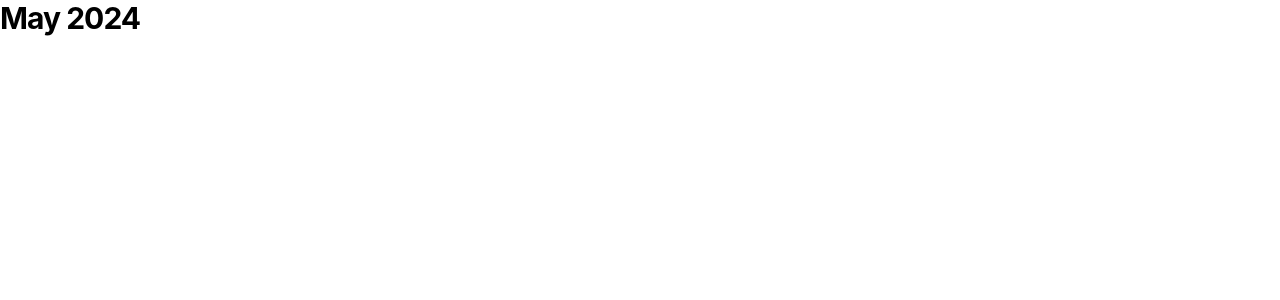
Repository: dung-phan/tweek-copy
Page: /
An editor plug-in stored every save of this project. The page is shown before and after the next save, followed by the edit.
The browser window is 1280 px wide. The pictures show the whole page.
The project was rebuilt for these pictures with package versions that can differ from the ones it lists, and the page was loaded fresh each time. Also part of the build but not shown: vite.config.ts.

Above is the page before, as saved 2024-05-26 22:26:20.

### src/assets/main.css
@import './base.css';

#app {
  max-width: 1280px;
  margin: 0 auto;
}

@media (min-width: 1024px) {
}

### src/assets/base.css
@tailwind base;
@tailwind components;
@tailwind utilities;

/* color palette from <https://github.com/vuejs/theme> */
:root {
  --vt-c-white: #ffffff;
  --vt-c-white-soft: #f8f8f8;
  --vt-c-white-mute: #f2f2f2;

  --vt-c-black: #181818;
  --vt-c-black-soft: #222222;
  --vt-c-black-mute: #282828;

  --vt-c-indigo: #2c3e50;

  --vt-c-divider-light-1: rgba(60, 60, 60, 0.29);
  --vt-c-divider-light-2: rgba(60, 60, 60, 0.12);
  --vt-c-divider-dark-1: rgba(84, 84, 84, 0.65);
  --vt-c-divider-dark-2: rgba(84, 84, 84, 0.48);

  --vt-c-text-light-1: var(--vt-c-indigo);
  --vt-c-text-light-2: rgba(60, 60, 60, 0.66);
  --vt-c-text-dark-1: var(--vt-c-white);
  --vt-c-text-dark-2: rgba(235, 235, 235, 0.64);
}

/* semantic color variables for this project */
:root {
  --color-background: var(--vt-c-white);
  --color-background-soft: var(--vt-c-white-soft);
  --color-background-mute: var(--vt-c-white-mute);

  --color-border: var(--vt-c-divider-light-2);
  --color-border-hover: var(--vt-c-divider-light-1);

  --color-heading: var(--vt-c-text-light-1);
  --color-text: var(--vt-c-text-light-1);

  --section-gap: 160px;
}

@media (prefers-color-scheme: dark) {
  :root {
    --color-background: var(--vt-c-black);
    --color-background-soft: var(--vt-c-black-soft);
    --color-background-mute: var(--vt-c-black-mute);

    --color-border: var(--vt-c-divider-dark-2);
    --color-border-hover: var(--vt-c-divider-dark-1);

    --color-heading: var(--vt-c-text-dark-1);
    --color-text: var(--vt-c-text-dark-2);
  }
}

*,
*::before,
*::after {
  box-sizing: border-box;
  margin: 0;
}

body {
  min-height: 100vh;
  transition:
    color 0.5s,
    background-color 0.5s;
  letter-spacing: -0.06rem;
  line-height: 1.333333;
  font-family:
    Inter,
    -apple-system,
    BlinkMacSystemFont,
    'Segoe UI',
    Roboto,
    Oxygen,
    Ubuntu,
    Cantarell,
    'Fira Sans',
    'Droid Sans',
    'Helvetica Neue',
    sans-serif;
  text-rendering: optimizeLegibility;
  -webkit-font-smoothing: antialiased;
  -moz-osx-font-smoothing: grayscale;
}

### src/views/HomeView.vue
<script setup lang="ts">
import TheWelcome from '../components/TheWelcome.vue'
</script>

<template>
  <header>
    <TheWelcome />
  </header>
</template>

### src/components/TheWelcome.vue
<script setup lang="ts">
const currentDate = new Date(Date.now())

const headerDate = currentDate.toLocaleDateString('default', {
  month: 'long',
  year: 'numeric'
})
</script>

<template>
  <p class="text-3xl">
    <b>{{ headerDate }}</b>
  </p>
</template>

<style scoped></style>

### tailwind.config.js
/** @type {import('tailwindcss').Config} */
export default {
  content: [],
  theme: {
    extend: {},
  },
  plugins: [],
  purge: ['./index.html', './src/**/*.{vue,js,ts,jsx,tsx}'],
}

Loaded but not shown: index.html (common file); src/main.ts (common file); src/App.vue (common file); src/router/index.ts (common file)

After the next save:
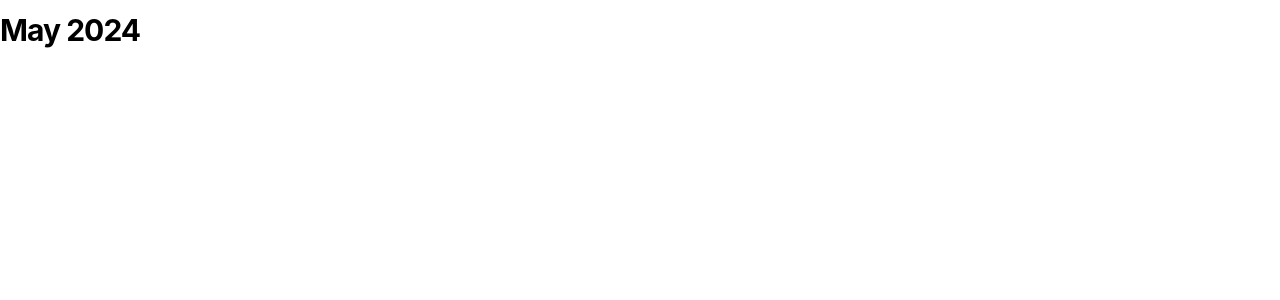
Saved 94 s later.
--- a/src/views/HomeView.vue
+++ b/src/views/HomeView.vue
@@ -3,7 +3,7 @@ import TheWelcome from '../components/TheWelcome.vue'
 </script>
 
 <template>
-  <header>
+  <header class="py-3">
     <TheWelcome />
   </header>
 </template>
